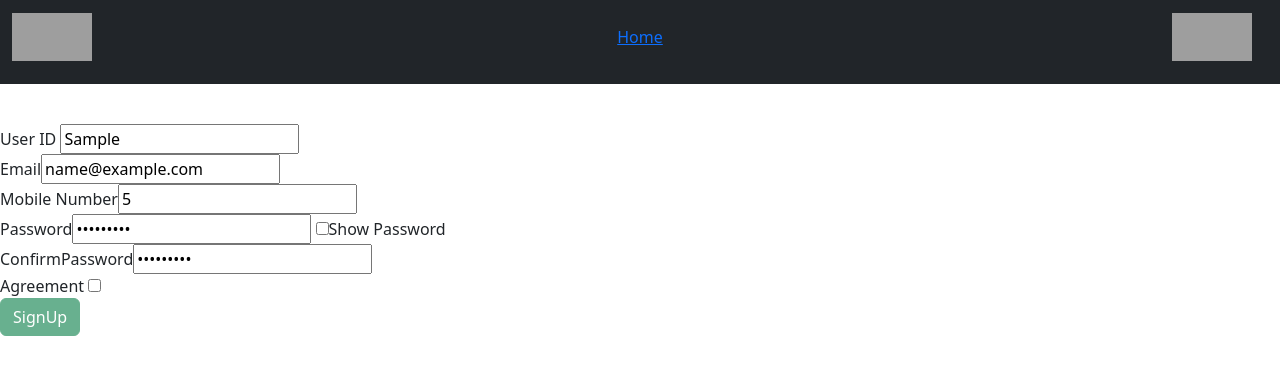
Repository: Rudreshwarhiremath/Projects-cm
Page: http://localhost/xworkz-rudra-cm/signUp.jsp
An editor plug-in stored every save of this project. The page is shown before and after the next save, followed by the edit.
The browser window is 1280 px wide. The pictures show the whole page.
Empty fields were first filled with sample values (such as "Sample", 5 or name@example.com).
After loading, the first visible `#userPassword` was changed once.
Pictures or frames that could not be fetched are drawn as grey boxes. The page is served by Tomcat 9. Other server files are loaded and not shown.

Above is the page before, as saved 2023-03-28 18:34:48.

### xworkz-rudra-cm/src/main/webapp/signUp.jsp
<%@ page language="java" contentType="text/html; charset=ISO-8859-1"
	pageEncoding="ISO-8859-1"%>
<%@ taglib uri="http://java.sun.com/jsp/jstl/core" prefix="c"%>
<!DOCTYPE html>
<html>
<head>
<meta charset="ISO-8859-1">
<title>X-Workz</title>
<link
	href="https://cdn.jsdelivr.net/npm/bootstrap@5.3.0-alpha1/dist/css/bootstrap.min.css"
	rel="stylesheet"
	integrity="sha384-GLhlTQ8iRABdZLl6O3oVMWSktQOp6b7In1Zl3/Jr59b6EGGoI1aFkw7cmDA6j6gD"
	crossorigin="anonymous">
<script
	src="https://cdn.jsdelivr.net/npm/bootstrap@5.3.0-alpha1/dist/js/bootstrap.bundle.min.js"
	integrity="sha384-w76AqPfDkMBDXo30jS1Sgez6pr3x5MlQ1ZAGC+nuZB+EYdgRZgiwxhTBTkF7CXvN"
	crossorigin="anonymous"></script>
</head>
<body>
	<nav class="navbar navbar-expand-lg-navbar-Light bg-dark">
		<div class="container-fluid">
			<a class="navbar-brand" href="#"> <img
				src=" https://x-workz.in/static/media/Logo.cf195593dc1b3f921369.png"
				alt="" width="80" height="48" class="d-inline-block align text-top">
				<a href="index.jsp">Home</a> <a class="navbar-brand" href="#"> <img
					src=" https://x-workz.in/static/media/Logo.cf195593dc1b3f921369.png"
					alt="" width="80" height="48" class="d-inline-block align text-top">
		</div>

	</nav>
	<h1 style="color: green;">${message}</h1>
	<h5 style="color: red;">${messag}<br>
		<c:forEach items="${errors}" var="e">${e.message}</c:forEach>
	</h5>
	<form action="save" method="post">
		User ID <input type="text" name="userId" id="userName"
			onchange="ValideName()"> <span id="nameError"
			style="color: red"></span><br>
		Email<input type="email" name="email" id="emailId" onchange="valideEmail()"> <span
			id="emailError" style="color: red"></span><br>
		Mobile Number<input type="number" name="mobile" id="userMobile" onchange="ValideMobile()">
		    <span id="mobileError" style="color: red"></span> <br>
		Password<input type="password" name="password" id="userPassword"
			onchange="ValidePassword()"> <span id="passwordError"
			style="color: red"></span> <input type="checkbox"
			onclick="myFunction()">Show Password <br>
		ConfirmPassword<input type="password" name="confirmPassword"
			id="userConfirmPassword" onchange="ValidePassword()"> <span
			id="passwordError" style="color: red"></span> <br>
		Agreement <input type="checkbox" name="agreement" id="agreementConfirm"
			onclick="onconfirm()"> <br>
		    <button type="submit" class="btn btn-success" id="submitId"
			disabled="true">SignUp</button>
	</form>
	<h4 style="color: red;">${password}</h4>
	<script>
		function myFunction() {
			var x = document.getElementById("userPassword");
			if (x.type === "password") {
				x.type = "text";
			} else {
				x.type = "password";
			}
		}

		function onconfirm() {
			var agree = document.getElementById('agreementConfirm');
			console.log(agree.checked);
			if (agree.checked) {
				document.getElementById('submitId').disabled = false;
			} else {
				document.getElementById('submitId').disabled = 'disabled';
			}

		}
		function ValideName() {
			var user = document.getElementById('userName');
			var uservalue = user.value;
			console.log(uservalue);
			if (uservalue != null && uservalue != "" && uservalue.length > 3
					&& uservalue.length < 30) {
				console.log('valide name');
				document.getElementById('nameError').innerHTML = '';
			} else {
				console.log('invalide name');
				document.getElementById('nameError').innerHTML = 'Plese enter valide name min 4 and max 30 character';
			}

		}
		function valideEmail() {
			var userEmail = document.getElementById('emailId');
			var userEmailvalue = userEmail.value;
			console.log(userEmailvalue);
			if (userEmailvalue != null && userEmailvalue != ""
					&& userEmailvalue.length > 4 && userEmailvalue.length < 40) {
				console.log('valide email');
				document.getElementById('emailError').innerHTML = '';
			} else {
				console.log('invalide email');
				document.getElementById('emailError').innerHTML = 'Plese enter valide email';
			}

		}
		function ValideMobile() {
			var userMobile = document.getElementById('userMobile');
			var userMobilevalue = userMobile.value;
			console.log(userMobilevalue);
			if (userMobilevalue != null && userMobilevalue != ""
					&& userMobilevalue.length == 10) {
				console.log('valide mobile');
				document.getElementById('mobileError').innerHTML = '';
			} else {
				console.log('invalide mobile');
				document.getElementById('mobileError').innerHTML = 'Plese enter valide Mobile Number';
			}

		}
		function ValidePassword() {
			var userPassword = document.getElementById('userPassword');
			var userConfirmPassword = document.getElementById('userConfirmPassword');
			var userPasswordvalue = userPassword.value;
			var userConfirmPasswordvalue = userConfirmPassword.value;
			console.log(userPasswordvalue);
			if (userPasswordvalue != null && userPasswordvalue != ""
					&& userPasswordvalue.length > 4
					&& userPasswordvalue.length < 12) {
				if(userPasswordvalue==userConfirmPasswordvalue){
					console.log('valide both password are same');
				}else{
					console.log('valide both password are not same');
				}
				console.log('valide password');
				document.getElementById('passwordError').innerHTML = '';
			} else {
				console.log('invalide password');
				document.getElementById('passwordError').innerHTML = 'Plese enter valide password';
			}

		}
	</script>
</body>
</html>

After the next save:
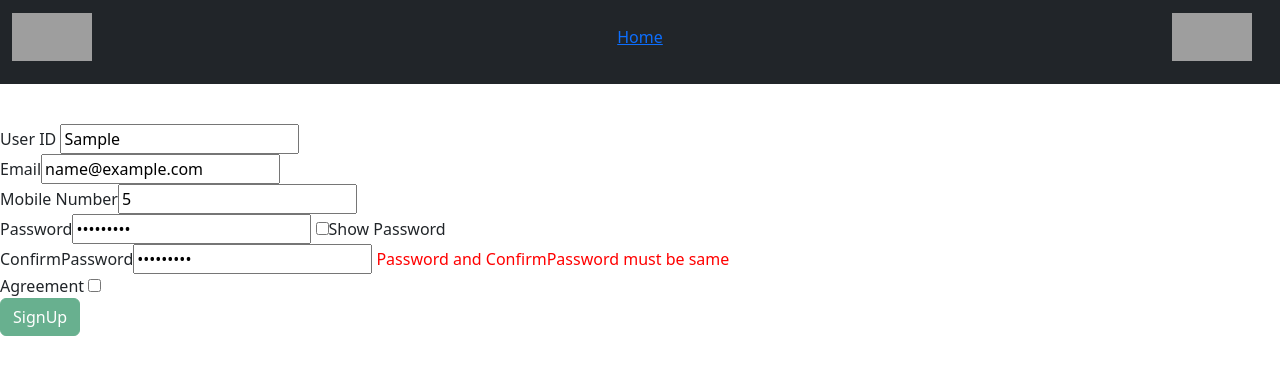
Saved 5 min 3 s later.
--- a/xworkz-rudra-cm/src/main/webapp/signUp.jsp
+++ b/xworkz-rudra-cm/src/main/webapp/signUp.jsp
@@ -46,7 +46,7 @@
 			onclick="myFunction()">Show Password <br>
 		ConfirmPassword<input type="password" name="confirmPassword"
 			id="userConfirmPassword" onchange="ValidePassword()"> <span
-			id="passwordError" style="color: red"></span> <br>
+			id="passwordCompare" style="color: red"></span> <br>
 		Agreement <input type="checkbox" name="agreement" id="agreementConfirm"
 			onclick="onconfirm()"> <br>
 		    <button type="submit" class="btn btn-success" id="submitId"
@@ -128,6 +128,7 @@
 					console.log('valide both password are same');
 				}else{
 					console.log('valide both password are not same');
+					document.getElementById('passwordCompare').innerHTML = 'Password and ConfirmPassword must be same';
 				}
 				console.log('valide password');
 				document.getElementById('passwordError').innerHTML = '';
